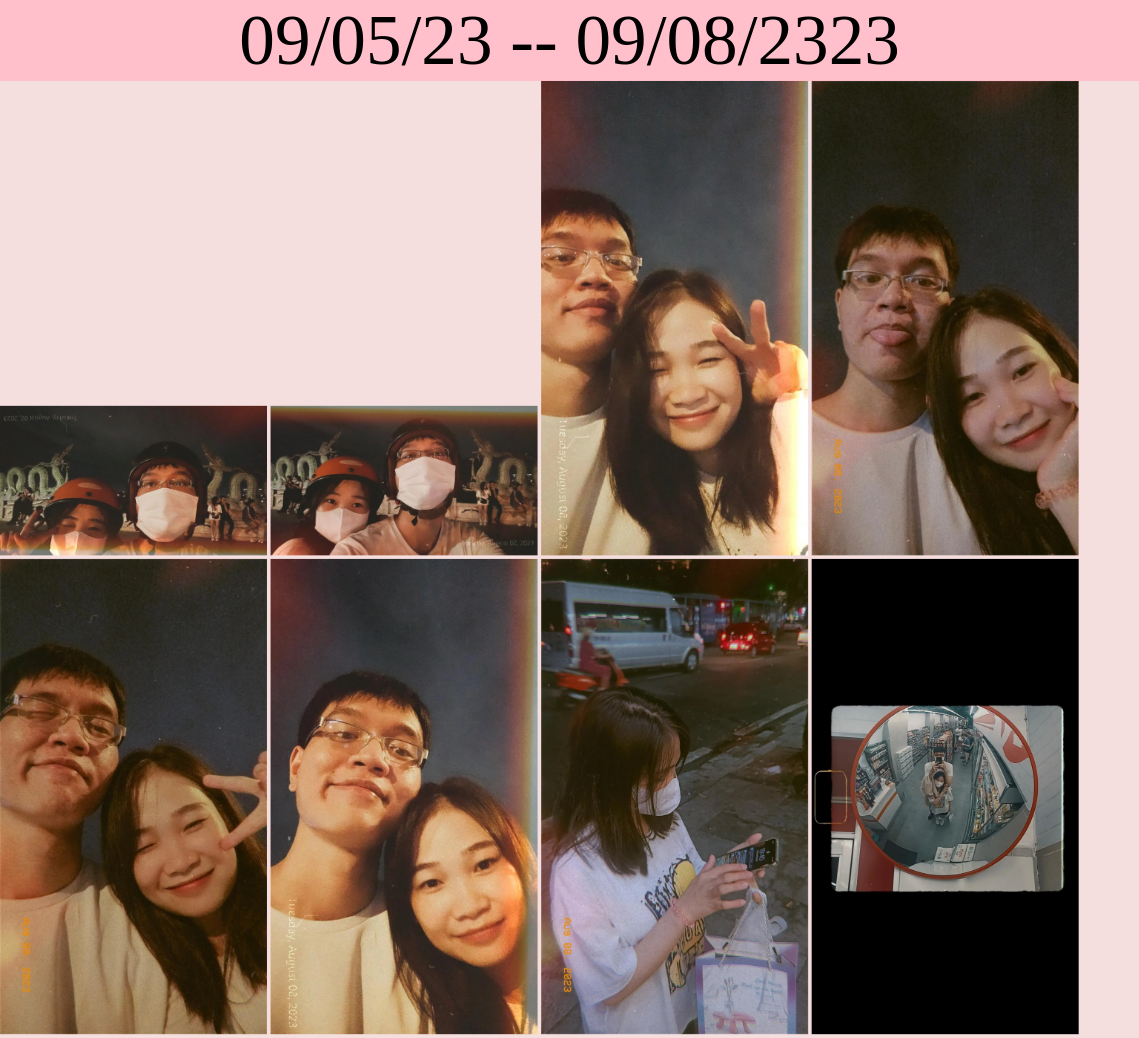
Repository: Hanhanh06/0907
Page: code/0908.html
An editor plug-in stored every save of this project. The page is shown before and after the next save, followed by the edit.
The browser window is 1280 px wide. The pictures show the whole page, at 89% of full size.

Above is the page before, as saved 2023-08-11 17:21:31.

### code/0908.html
<!DOCTYPE html>
<html lang="en">
<head>
    <meta charset="UTF-8">
    <meta name="viewport" content="width=device-width, initial-scale=1.0">
    <title>Document</title>
    <style>

    body{

      height: 100%;

   padding: 0;

   margin: 0;


   background: #f5dede;

 }

    </style>
</head>

        <head>

        </head>
        <body>

        <center> <div style="background-color: pink; font-size: 80px; "> 09/05/23 -- 09/08/2323</div></center>
       <img src="001.jpg" alt="Hình ảnh không tồn tại" width="300px" >
       <!-- <p style="color: crimson;font-size: 16px;"> đi Hồ Tây nè! </p> -->
       <img src="002.jpg" alt="Hình ảnh không tồn tại" width="300px">
       <!-- <p style="color: crimson;font-size: 16px;"> đi Hồ Tây nè!</p> -->
       <img src="003.jpg" alt="Hình ảnh không tồn tại" width="300px">
       <!-- <p style="color: crimson;font-size: 16px;">  đi Hồ Tây nè!</p> -->
       <img src="004.jpg" alt="Hình ảnh không tồn tại" width="300px">
       <!-- <p style="color: crimson;font-size: 16px;">  đi Hồ Tây nè! </p> -->
       <img src="005.jpg" alt="Hình ảnh không tồn tại" width="300px">
       <!-- <p style="color: crimson;font-size: 16px;">  đi Hồ Tây nè! </p> -->
       <img src="006.jpg" alt="Hình ảnh không tồn tại" width="300px" >
       <!-- <p style="color: crimson;font-size: 16px;">  đi Hồ Tây nè!</p> -->
       <img src="007.jpg" alt="Hình ảnh không tồn tại" width="300px">
       <!-- <p style="color: crimson;font-size: 16px;">  đi Hồ Tây nè!</p> -->
       <img src="008.jpg" alt="Hình ảnh không tồn tại" width="300px">
       <!-- <p style="color: crimson;font-size: 16px;">  đi Hồ Tây nè!</p> -->


</body>
</html>

After the next save:
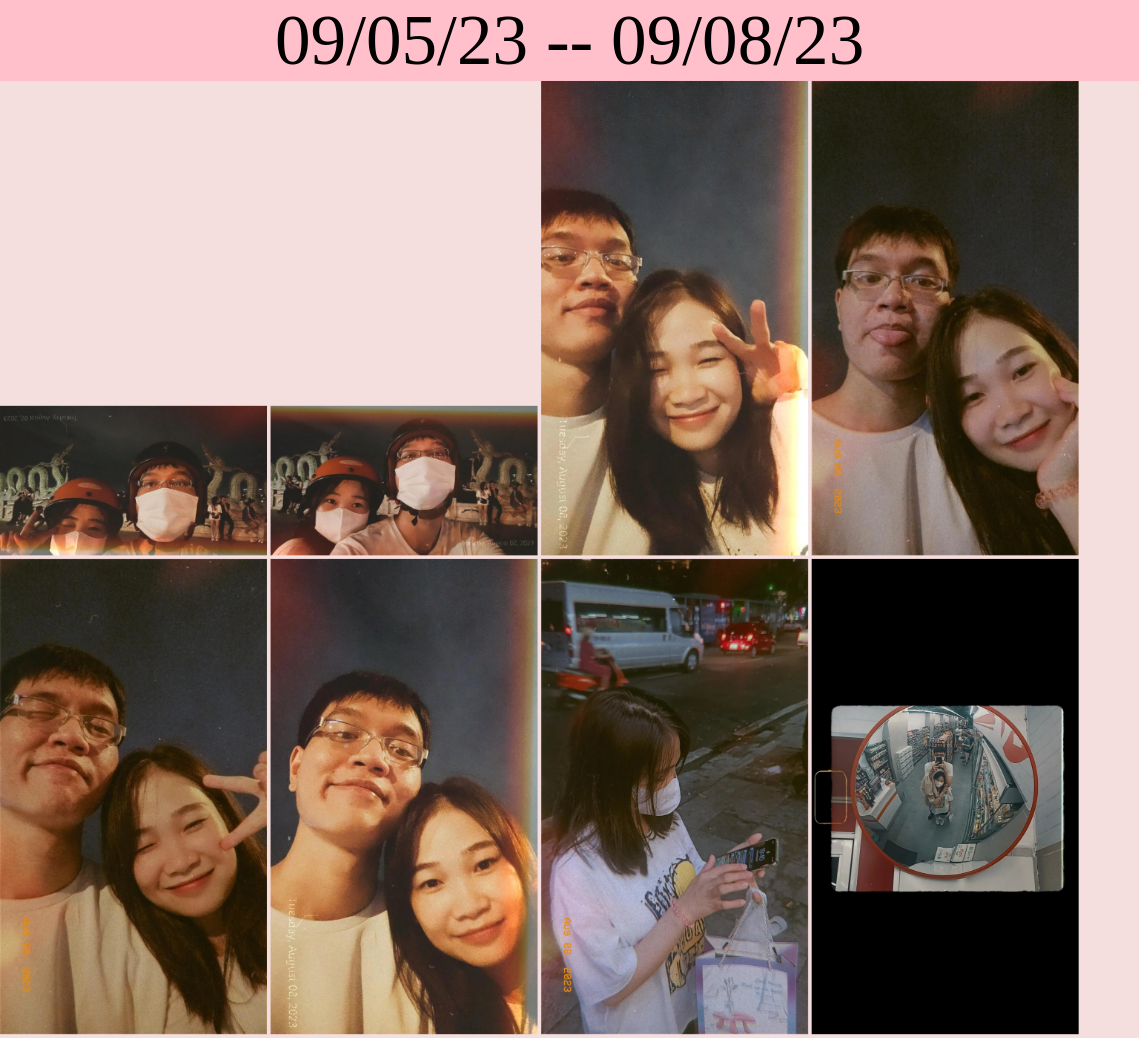
Saved 86 s later.
--- a/code/0908.html
+++ b/code/0908.html
@@ -27,7 +27,7 @@
         </head>
         <body>
 
-        <center> <div style="background-color: pink; font-size: 80px; "> 09/05/23 -- 09/08/2323</div></center>
+        <center> <div style="background-color: pink; font-size: 80px; "> 09/05/23 -- 09/08/23</div></center>
        <img src="001.jpg" alt="Hình ảnh không tồn tại" width="300px" >
        <!-- <p style="color: crimson;font-size: 16px;"> đi Hồ Tây nè! </p> -->
        <img src="002.jpg" alt="Hình ảnh không tồn tại" width="300px">
